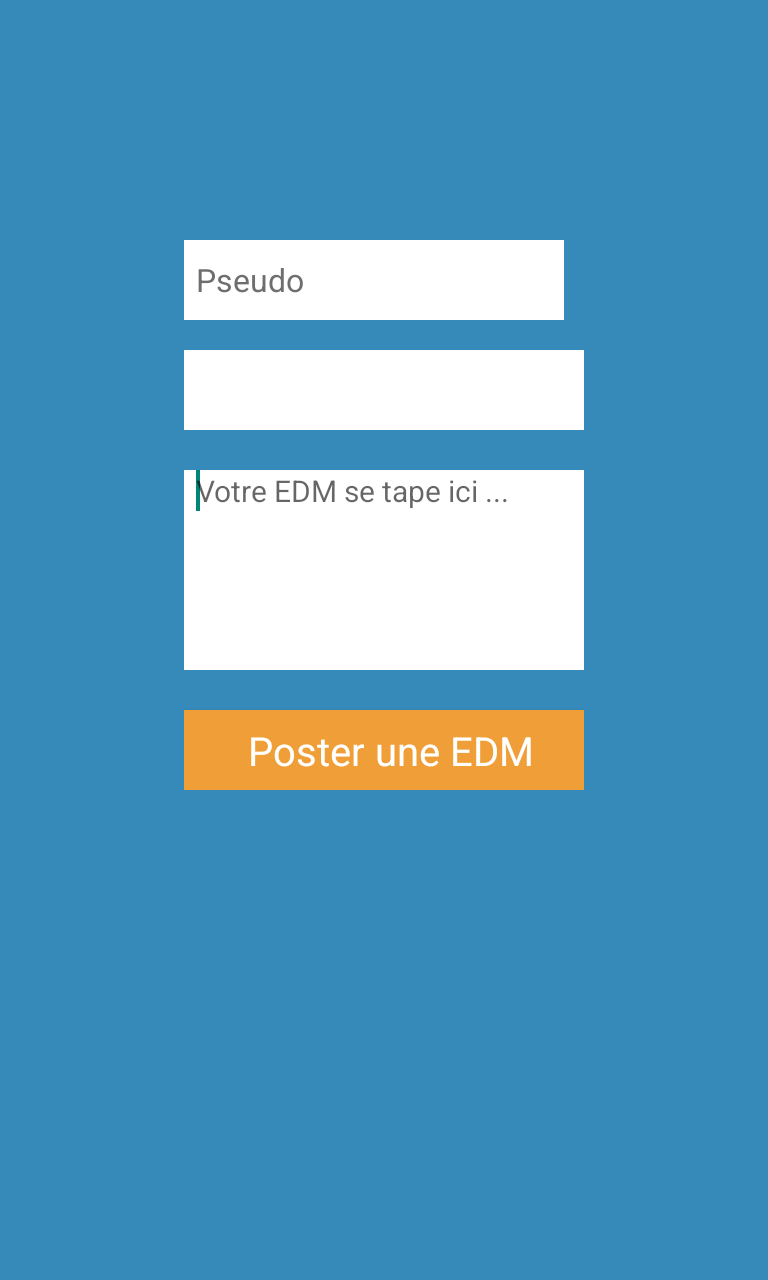
Repository: pierrealexvezinet/excusedemerde
Layout: edm/res/layout/poster_edm_fragment.xml
The author's editor kept a copy of each file at every save. The layout is drawn from the files as they stood at one save, then again after the next save.
It is drawn on a 768 x 1280 px phone screen (xhdpi) without system bars, with theme Theme.AppCompat.Light; the app's code is not run.

Above is the layout before, as saved 2014-02-22 11:57:05.

After the next save:
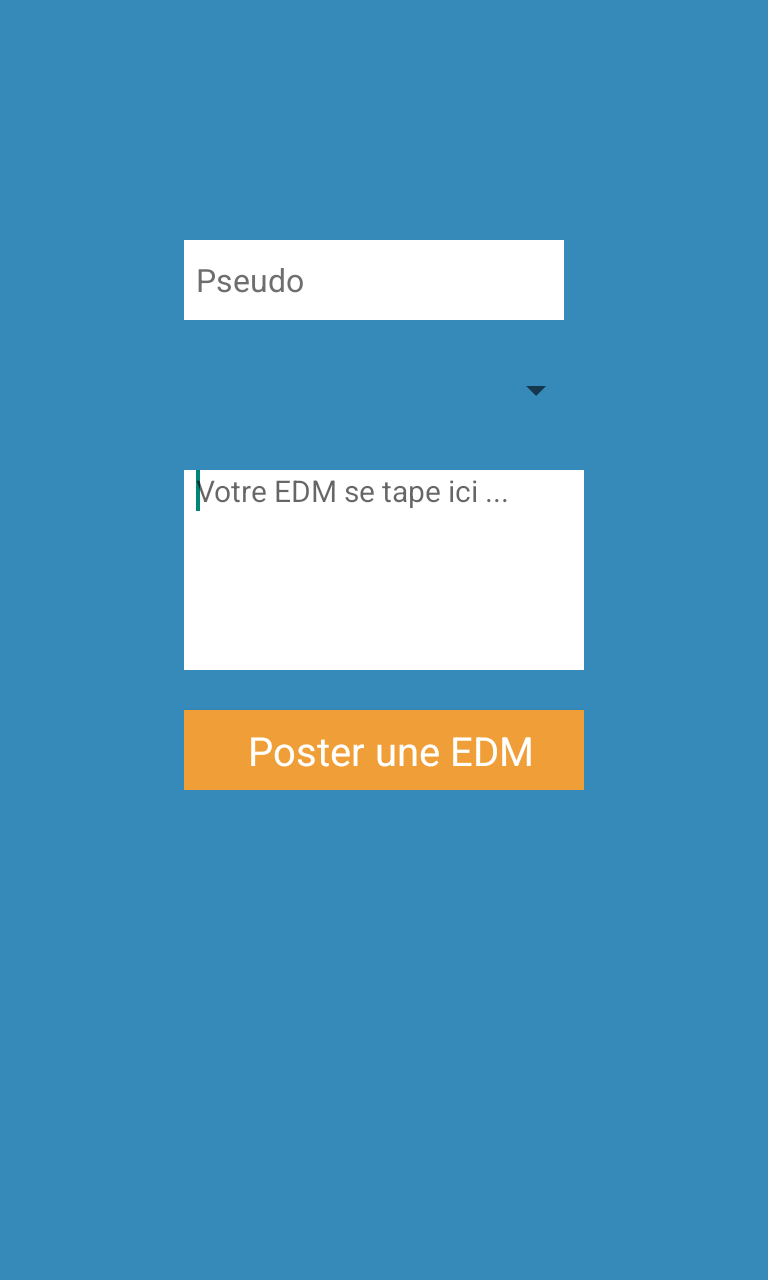
Saved 3 h 9 min later.
--- a/edm/res/layout/poster_edm_fragment.xml
+++ b/edm/res/layout/poster_edm_fragment.xml
@@ -51,7 +51,7 @@
                 android:layout_width="match_parent"
                 android:layout_height="40dp"
                 android:layout_marginTop="15dp"
-                android:background="@color/white" />
+                />
 
             <EditText
                 android:id="@+id/et_poster_edm"
